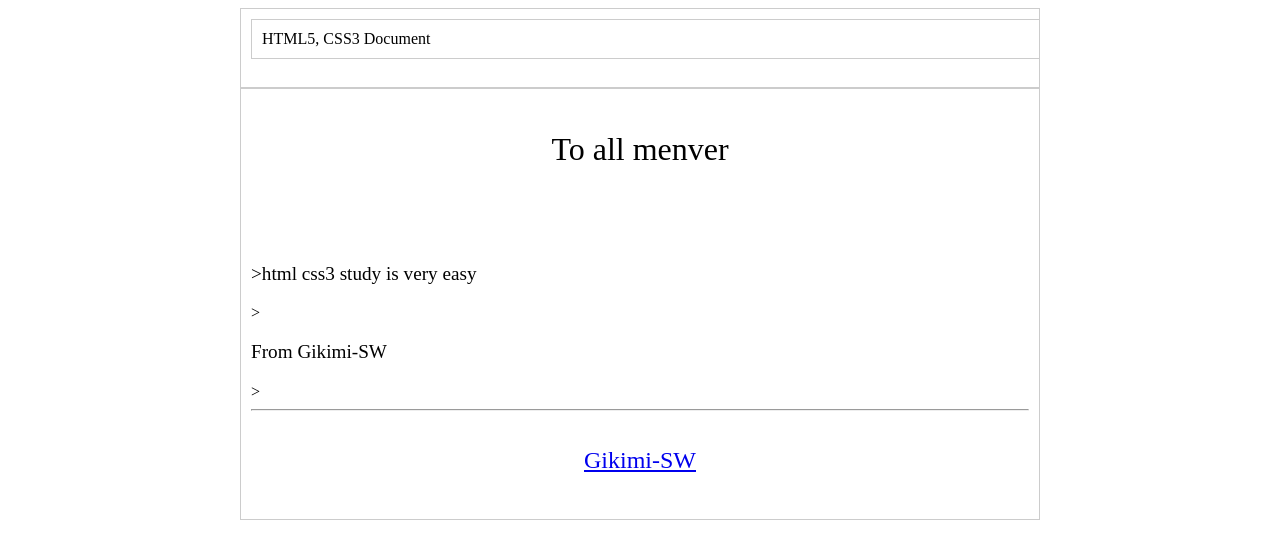
Repository: luna2222/web
Page: 01HTML5/WebContent/[11강]CSS3속성3/11_01_04.html
The author's editor kept a copy of each file at every save. The page is drawn from the files as they stood at one save, then again after the next save.
The browser window is 1280 px wide. The pictures show the whole page.

Above is the page before, as saved 2019-02-20 06:32:26.

After the next save:
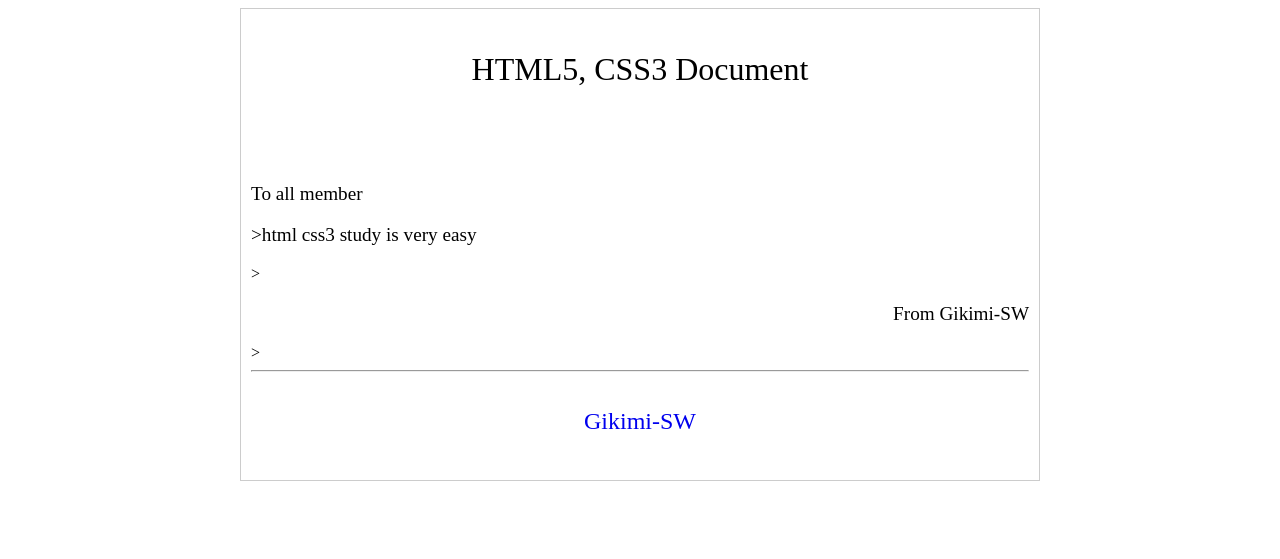
Saved 3 min 54 s later.
--- a/01HTML5/WebContent/[11강]CSS3속성3/11_01_04.html
+++ b/01HTML5/WebContent/[11강]CSS3속성3/11_01_04.html
@@ -32,7 +32,7 @@
 			font-size:1.2em;
 			text-align: right;
 			}
-			div p:nth-child(5)  {
+			div p:nth-child(6)  {
 			text-align: center;
 			height: 50px;
 			line-height: 50px;
@@ -45,17 +45,13 @@
 	</style>
 </head>
 <body>
-    <header>
+
 	<div>
-		<div>HTML5, CSS3 Document </div><br/>
-	</header>
-	    <div>
-		<p>To all menver</p>
+		<p>HTML5, CSS3 Document </p>
+		<p>To all member</p>
 		<p>>html css3 study is very easy</p>>
 		<p>From Gikimi-SW</p>>
 		<hr/>
-
-
 		<p><a href="http://www.cocos2d-x.kr" taget=_blank">Gikimi-SW</a></p>
 
 	</div>
